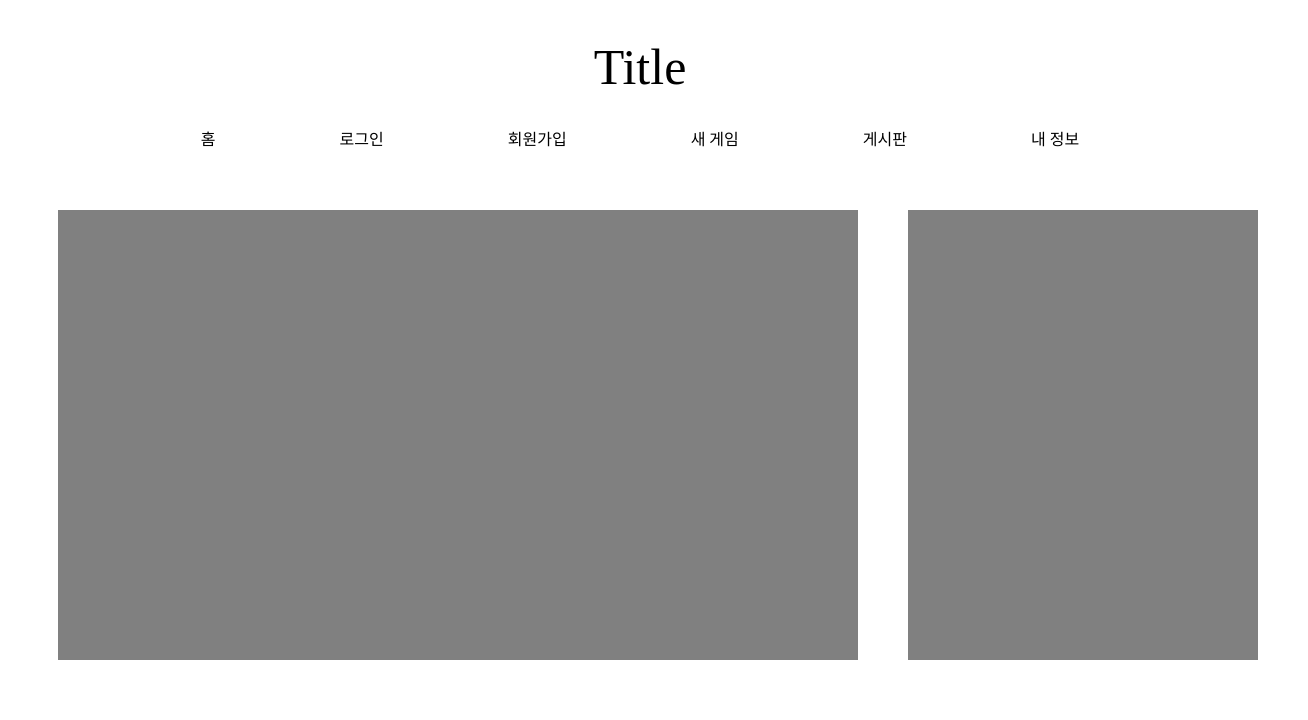
Repository: jemin7709/InP_Final
Page: 기말프로젝트/WebContent/main(unlogin).html
The author's editor kept a copy of each file at every save. The page is drawn from the files as they stood at one save, then again after the next save.
The browser window is 1280 px wide. The page is 1308 px wide, so the pictures cover 1308 px, including what lies to the right of the window. The pictures show the whole page.

Above is the page before, as saved 2021-05-18 09:55:36.

After the next save:
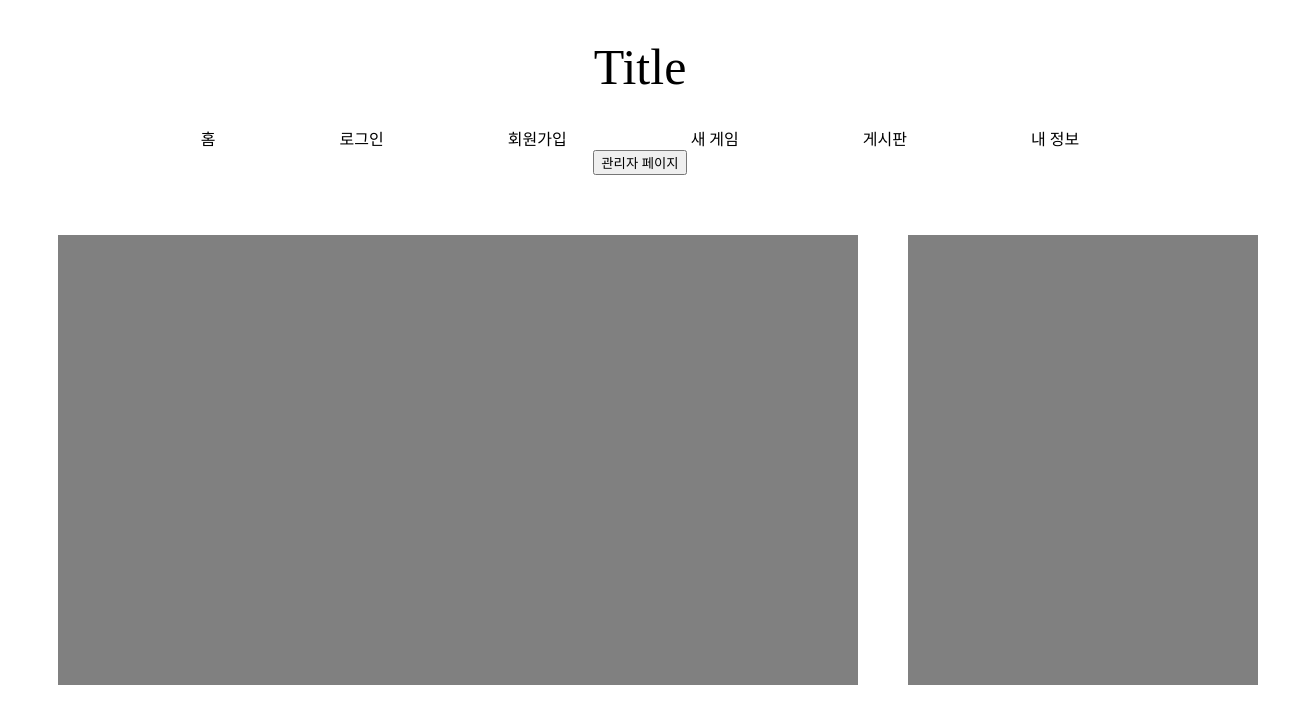
Saved 28 h 30 min later.
--- a/기말프로젝트/WebContent/main(unlogin).html
+++ b/기말프로젝트/WebContent/main(unlogin).html
@@ -19,6 +19,7 @@
 			<li><a>게시판</a></li>
 			<li><a>내 정보</a></li>
 		</ul>
+		<input type="button" value="관리자 페이지">
 	</div>
 	<!--메인페이지-->
 	<div id="mainpage">
